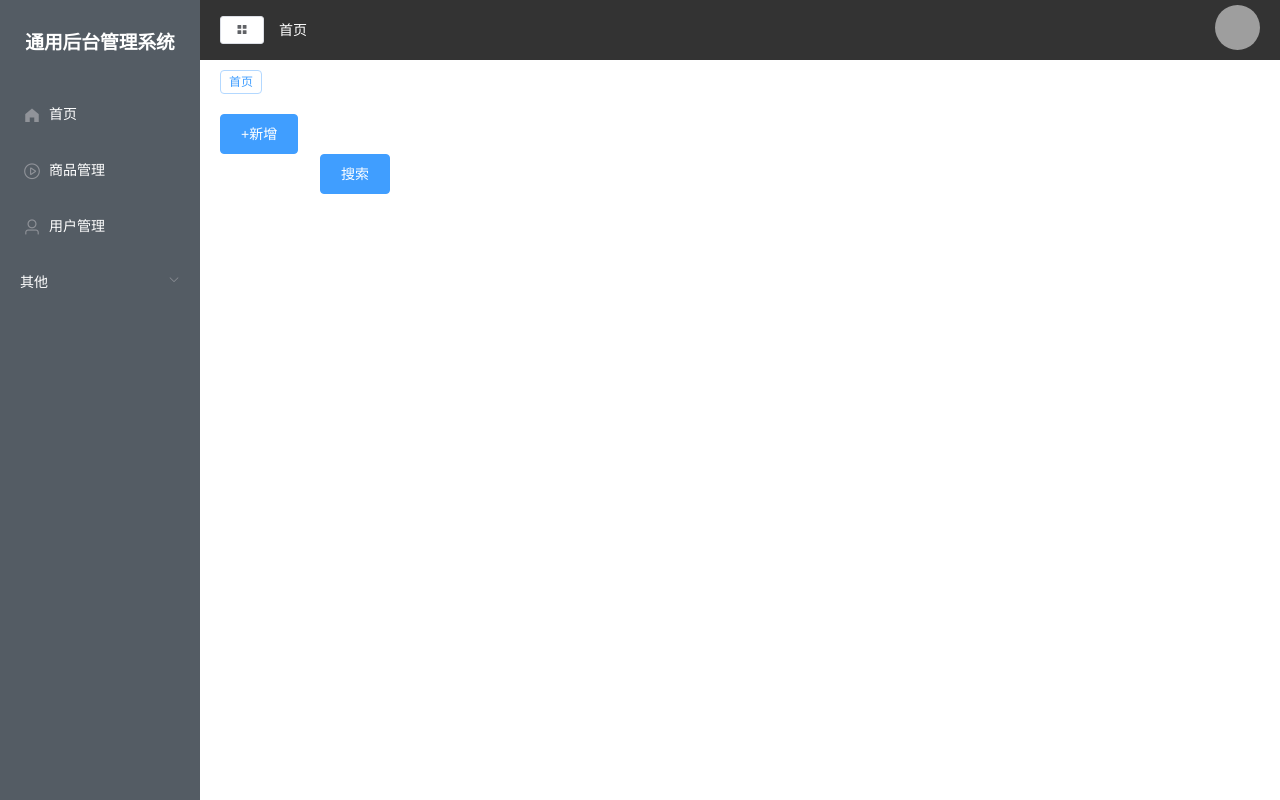
Repository: zhangwen001208/cmd
Page: /user
The author's editor kept a copy of each file at every save. The page is drawn from the files as they stood at one save, then again after the next save.
The browser window is 1280 px wide. The pictures show the whole page.
Pictures or frames that could not be fetched are drawn as grey boxes. The project was rebuilt for these pictures with package versions that can differ from the ones it lists, and the page was loaded fresh each time. Also part of the build but not shown: vue.config.js.

Above is the page before, as saved 2022-08-29 10:33:08.

After the next save:
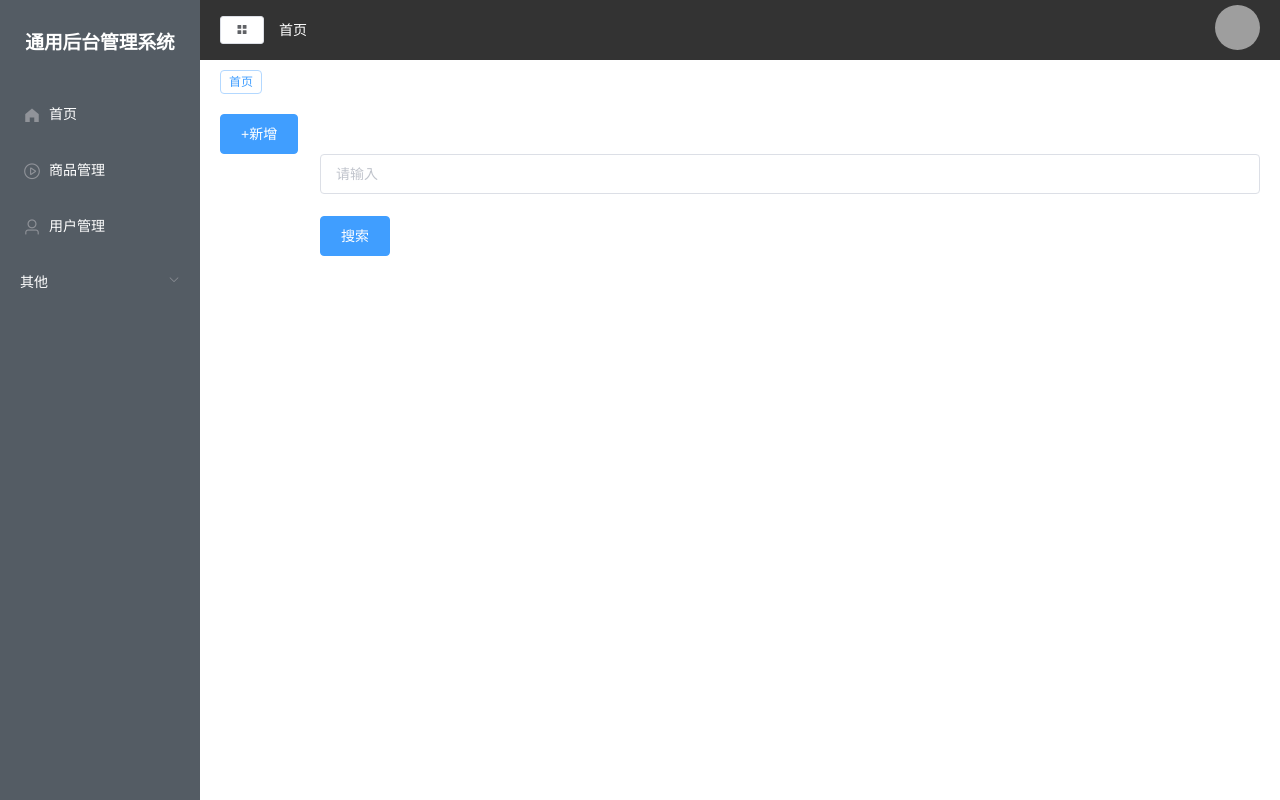
Saved 23 min 19 s later.
--- a/src/views/user/user.vue
+++ b/src/views/user/user.vue
@@ -88,7 +88,18 @@ import commendFrom from '@/components/commendFrom.vue'
                 age: '',
                 birth: '',
                 sex: ''
+            },
+            formLabel: [
+                {
+                    model: 'keyword',
+                    label: '',
+                    type: 'input'
+                }
+            ],
+            searchForm: {
+                keyword: ''
             }
+
 
         }
        },
